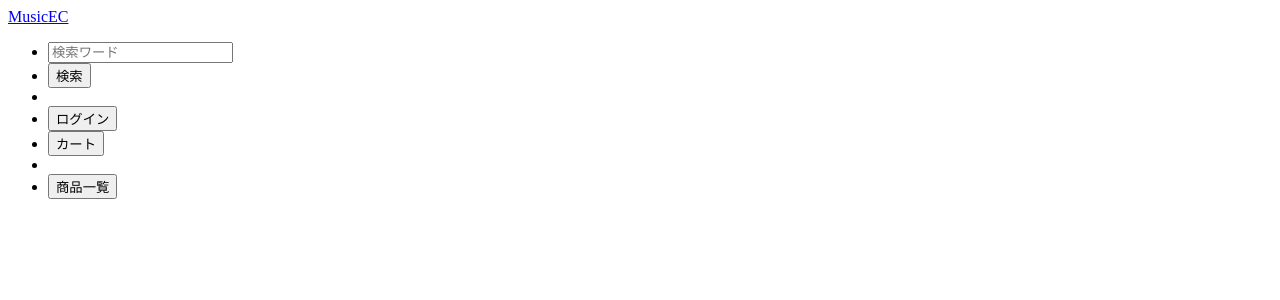
Repository: Yanagida-Kazuki-1204/portfolio
Page: http://localhost/music/header.jsp
An editor plug-in stored every save of this project. The page is shown before and after the next save, followed by the edit.
The browser window is 1280 px wide. The pictures show the whole page.
The page is served by Tomcat 9. Other server files are loaded and not shown.

Above is the page before, as saved 2018-08-20 02:52:49.

### music/WebContent/header.jsp
<%@ page language="java" contentType="text/html; charset=UTF-8"
    pageEncoding="UTF-8"%>
<%@ taglib prefix="s" uri="/struts-tags"%>
<%@ taglib prefix="c" uri="http://java.sun.com/jsp/jstl/core"%>
<!DOCTYPE html>
<html>
<head>
<meta charset="UTF-8">
<!-- <link rel="stylesheet" href="./css/style.css">  -->
<title>ヘッダー</title>
<script>
function goLoginAction(){
	document.getElementById("form").action="GoLoginAction";
}
function goMyPageAction(){
	document.getElementById("form").action="MyPageAction";
}
function goCartAction(){
	document.getElementById("form").action="CartAction";
}
function goProductListAction(){
	document.getElementById("categoryId").value=1;
	document.getElementById("form").action="ProductListAction";
}
function goLogoutAction(){
	document.getElementById("form").action="LogoutAction";
}
function goSearchItemAction(){
	document.getElementById("form").action="SearchItemAction";
}
</script>
</head>
<body>

<header>
<div id="header">
<div id="headertitle"><a class="headerLogo" href="http://localhost:8080/music/HomeAction">MusicEC</a></div>
<div id="header-menu">
<ul>
<s:form id="form" name="form">
    <s:if test='#session.containsKey("mCategoryDtoList")'>
	<li><s:select name="categoryId" list="#session.mCategoryDtoList" listValue="categoryName" listKey="categoryId" class="cs-div" id="categoryId"/></li>
	</s:if>
	<li><s:textfield name="keywords" class="txt-keywords" placeholder="検索ワード" /></li>
	<li><s:submit value="検索" class="submit_btn" onclick="goSearchItemAction();"/><li>
	<s:if test="#session.logined==1">
	<li><s:submit value="ログアウト" class="submit_btn" onclick="goLogoutAction();"/></li>
	</s:if>
	<s:else>
		<li><s:submit value="ログイン" class="submit_btn" onclick="goLoginAction();"/></li>
	</s:else>
	<li><s:submit value="カート" class="submit_btn" onclick="goCartAction();"/><li>
	<li><s:submit value="商品一覧" class="submit_btn" onclick="goProductListAction();"/></li>
	<s:if test="#session.logined==1">
		<li><s:submit value="マイページ" class="submit_btn" onclick="goMyPageAction();"/></li>
	</s:if>
</s:form>
</ul>
</div>
</div>
</header>

</body>
</html>

After the next save:
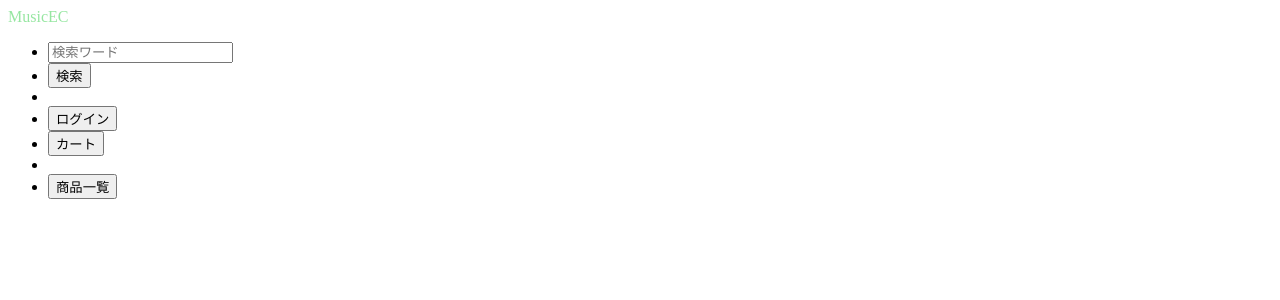
Saved 15 s later.
--- a/music/WebContent/header.jsp
+++ b/music/WebContent/header.jsp
@@ -29,6 +29,12 @@ function goSearchItemAction(){
 	document.getElementById("form").action="SearchItemAction";
 }
 </script>
+<style type="text/css">
+.headerLogo:link { color:#96e6a1; text-decoration:none }
+.headerLogo:visited { color:#96e6a1; text-decoration:none }
+.headerLogo:hover { color:#96e6a1; text-decoration:none }
+.headerLogo:active { color:#96e6a1; text-decoration:none }
+</style>
 </head>
 <body>
 
